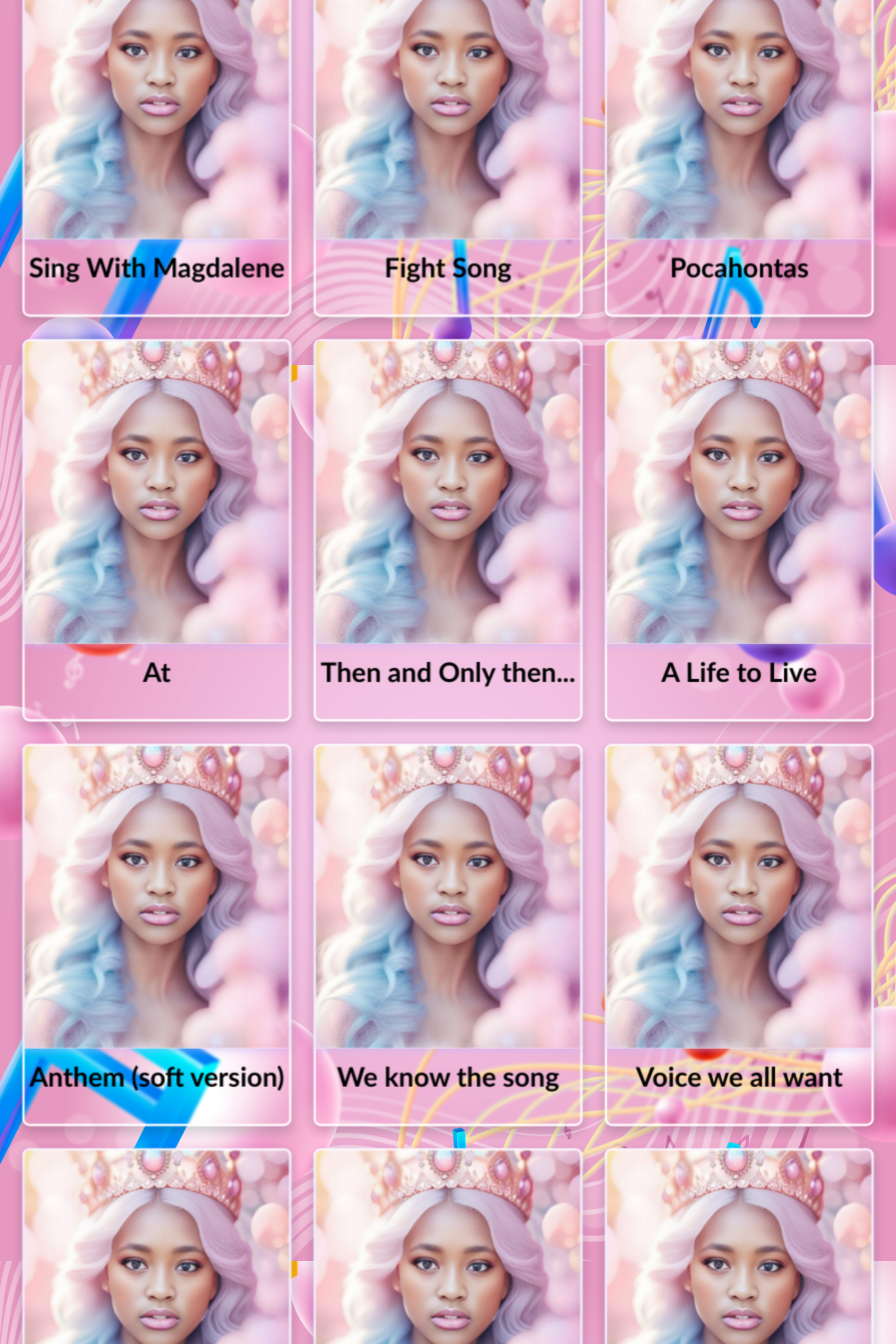
Repository: VladimirGagarin/Meg
Page: /
These files come from the project's save history. The page is drawn as it stood at one moment and after the next save; the edit follows.
The browser window is 1280 px wide. The pictures show the part of the page from y = 2038 to 3958 px (the page is 7189 px tall), at 70% of full size.
Backgrounds fixed to the window are drawn as part of the page. The project was rebuilt for these pictures with package versions that can differ from the ones it lists, and the page was loaded fresh each time. Also part of the build but not shown: vite.config.js, src/components/Controls.jsx, src/pages/SongScreen.css, src/components/lyricsCard.jsx, src/pages/SongScreen.jsx, src/pages/QuoteScreen.css, src/pages/Quotes.jsx, src/pages/Offline.jsx. Imported but missing from the stored project, and not drawn on this page: src/assets/audios/Ember2.mp3, src/assets/audios/Empress.mp3, src/assets/audios/Fiesta.mp3, src/assets/audios/Fight_song.mp3, src/assets/audios/Furaha_Yangu.mp3, src/assets/audios/IamMagdalene.mp3, src/assets/audios/The beginning.mp3, src/assets/audios/anthem.mp3 and 28 more.

Above is the page before, as saved 2025-07-19 11:34:56.

### index.html
<!doctype html>
<html lang="en">
  <head>
    <meta charset="UTF-8" />
    <link rel="icon" type="image/jpeg" href="/quuen.jpeg" />
    <meta name="viewport" content="width=device-width, initial-scale=1.0" />
    <link href="https://fonts.googleapis.com/css2?family=Playfair+Display:wght@500&display=swap" rel="stylesheet">
    <link rel="sitemap" type="application/xml" title="Sitemap" href="/sitemap.xml" />

<!-- Open Graph (Facebook, LinkedIn, etc.) -->
<meta property="og:title" content="Sing with Magdalene" />
<meta property="og:description" content="Sing With Magdalene - A magical, lyrical experience dedicated to Magdalene. Sing, dream, and believe again. She sings. We follow. We cherish. An epic song experience awaits you. starts with anthem: https://vladimirgagarin.github.io/Meg/#/song/anthem_song" />
<meta property="og:image" content="https://vladimirgagarin.github.io/projectMeg/quuen.jpeg" />
<meta property="og:url" content="https://vladimirgagarin.github.io/Meg/" />
<meta property="og:type" content="website" />

<!-- Twitter Card -->
<meta name="twitter:card" content="summary_large_image" />
<meta name="twitter:title" content="Sing with Magdalene" />
<meta name="twitter:description" content="Sing With Magdalene - A magical, lyrical experience dedicated to Magdalene. Sing, dream, and believe again. She sings. We follow. We cherish. An epic song experience awaits you. starts with anthem: https://vladimirgagarin.github.io/Meg/#/song/anthem_song" />
<meta name="twitter:image" content="https://vladimirgagarin.github.io/projectMeg/quuen.jpeg" />


    <title>Sing with Magdalene</title>
    <meta name="description" content="Sing With Magdalene - A magical, lyrical experience dedicated to Magdalene. Sing, dream, and believe again." />
    <meta name="keywords" content="Magdalene, Magdalena, Sing With Magdalena, Sing With Magdalene, SWM, Magdalene Songs, AI music, epic choir experience, lyrical site, poetic songs, spiritual music, cinematic music website, song lyrics site, singwithmagdalene.com, Suno songs, fairy music, Magdalene karaoke, TSFH-inspired music, cinematic pop, Hindi songs, Spanish songs, canciones espirituales, canciones de Magdalena, canciones de fe, canciones en español, भक्ति गीत, हिंदी गाने, Magdalene bhakti, soulful music, angelic vocals, magical ballads, vocal harmonies, female vocal songs, song subtitle site, multilingual music site, soundtrack-inspired songs, Ellie Goulding style, Disney ballads, orchestral AI music, fantasy music site, emotional songs, cinematic lyrics, spiritual anthems, swm, magic, Meg, meg, sing along">
    <meta name="google-site-verification" content="G38wkud9N8EYugqCTvPyHwDP0Vjh_ISp-EBNC8nk90U" />
    <meta name="msvalidate.01" content="771FC552FAC3CA83CF49F6EF57FD68BD" />

    <!-- Google tag (gtag.js) -->
    <script async src="https://www.googletagmanager.com/gtag/js?id=G-6Q2W67HD83"></script>
    <script>
      window.dataLayer = window.dataLayer || [];
      function gtag(){dataLayer.push(arguments);}
      gtag('js', new Date());

      gtag('config', 'G-6Q2W67HD83');
    </script>

  </head>
<script type="application/ld+json">
{
  "@context": "https://schema.org",
  "@type": "MusicRecording",
  "name": "Anthem Song",
  "url": "https://vladimirgagarin.github.io/Meg/#/song/anthem_song",
  "inAlbum": {
    "@type": "MusicAlbum",
    "name": "Sing with Magdalene"
  },
  "byArtist": {
    "@type": "MusicGroup",
    "name": "Magdalene Collective"
  },
  "description": "A cinematic anthem from 'Sing with Magdalene' – uplifting, emotional, and deeply moving.",
  "audio": {
    "@type": "AudioObject",
    "url": "https://vladimirgagarin.github.io/Meg/#/song/anthem_song",
    "encodingFormat": "audio/mpeg"
  },
  "potentialAction": {
    "@type": "ListenAction",
    "target": {
      "@type": "EntryPoint",
      "urlTemplate": "https://vladimirgagarin.github.io/Meg/#/song/anthem_song"
    }
  }
}
</script>


  <body>
    <div id="root"></div>
    <script type="module" src="/src/main.jsx"></script>
  </body>
</html>

### src/main.jsx
import { StrictMode } from "react";
import { createRoot } from "react-dom/client";
import "./index.css";
import App from "./App.jsx";
import HomeScreen from "./pages/HomeScreen.jsx";
import SongScreen from "./pages/SongScreen.jsx";
import QuoteScreen from "./pages/Quotes.jsx";
import OfflinePage from "./pages/Offline.jsx";
import { createHashRouter, RouterProvider } from "react-router-dom";

// ✅ Use createHashRouter (no more 404s on GitHub Pages)
const routes = createHashRouter([
  {
    path: "/",
    element: <App />, // Your main layout with <Outlet />
    children: [
      { index: true, element: <HomeScreen /> },
      { path: "song/:id", element: <SongScreen /> },
      { path: "magdalene_quotes", element: <QuoteScreen /> },
      {path: "offline", element: <OfflinePage/>}
    ],
  },
  {
    path: "*",
    element: <App />, // fallback route
  },
]);

createRoot(document.getElementById("root")).render(
  <StrictMode>
    <RouterProvider router={routes} />
  </StrictMode>
);

### src/index.css
:root {
  font-family: system-ui, Avenir, Helvetica, Arial, sans-serif;
  line-height: 1.5;
  font-weight: 400;

  font-synthesis: none;
  text-rendering: optimizeLegibility;
  -webkit-font-smoothing: antialiased;
  -moz-osx-font-smoothing: grayscale;
}

body {
  margin: 0;
  display: flex;
  place-items: center;
  min-height: 100vh;
  width: 100%;
  font-family: 'Playfair Display', serif;
  padding: 0;

}

### src/pages/HomeScreen.jsx
import React from "react";
import SongCard from "../components/SongCard";
import "./HomeScreen.css";



export default function HomeScreen() {

  return (
    <div className="home-screen">
      <SongCard />
    </div>
  );
}

### src/App.css
#root {
  width: 100%;
  min-height: 100vh;
  background: linear-gradient(to bottom, #f9a8d4, #d6b0f2);
  margin: 0;
  box-sizing: border-box;
  padding: 0;
}

/* App.css */

.fairy-shell {
  min-height: 100vh;
  background: url('/bg.jpg') center center / cover no-repeat fixed;
  display: flex;
  flex-direction: column;
  align-items: center;
  padding: 2rem;
  font-family: "Papyrus", "Cursive", serif;
  color: #5a2a73;

  position: relative;
  overflow-x: hidden;
  width: 95%;
}

.fairy-shell h1 {
  text-shadow: 1px 1px 2px #00000030;
}

.slogan {
  font-family: "Georgia", serif;
  font-style: italic;
  font-size: 1.2rem;
  color: #5a2a73; /* soft pastel or angelic shade */
  text-shadow: 1px 1px 2px #00000030;
  margin-top: -10px;
  margin-bottom: 20px;
  animation: fadeInUp 1s ease-out;
}

.fairy-shell h1 {
  font-size: 2.3rem;
  margin-bottom: 2rem;
  text-align: center;
  color: #683978;
  text-shadow: 1px 1px 5px rgba(255, 255, 255, 0.8);
  position: relative;
  font-family:'Times New Roman', Times, serif;
  font-weight: bolder;
}
.apk-download {
  display: block;
  margin: 10px;
  padding: 10px 20px;
  background-color: #430a4d;
  color: #ffffff;
  text-decoration: none;
  font-weight: bold;
  letter-spacing: 4px;
  border-radius: 5px;
  box-shadow: 10px 10px 15px rgba(0, 0, 0, 0.3);
  transition: background-color 0.3s ease;
}

.apk-download:hover {
  text-decoration: underline;
}

.logo-img {
  animation: fadeIn 1.2s ease-in-out forwards;
  opacity: 0;
}

@keyframes fadeIn {
  to {
    opacity: 1;
  }
}

.links {
  width: 40%;
  display: flex;
  flex-direction: row;
  justify-content: space-between;
  align-items:center;
}

.offline-warning {
  background-color: #ffe4ec; /* soft pink */
  color: #a33a5f; /* muted deep pink text */
  padding: 1rem;
  border: 1px solid #f4c6d8;
  border-radius: 10px;
  font-weight: 500;
  margin: 1rem auto;
  text-align: center;
  max-width: 90%;
  box-shadow: 0 2px 6px rgba(0, 0, 0, 0.1);
}



@media (max-width: 800px) {
  #root {
    padding: 0; /* Add some horizontal padding */
    background: linear-gradient(to bottom, #f9a8d4, #d6b0f2);
  }

  .fairy-shell {
    width: 100%; /* Full width on small screens */
    padding: 0; /* Reduce padding */
    margin: 0;
    font-size: 1rem; /* Adjust base font size if needed */
  }

  .fairy-shell h1 {
    font-size: 1.3rem; /* Smaller heading for mobile */
    margin-bottom: 1.5rem;
    text-align: center;
    color: #683978;
    text-shadow: 1px 1px 4px rgba(255, 255, 255, 0.7);
  }

  .logo-img {
    width: 80%;
    height: auto;
    background:#2d0733a7;
    margin: 20px 0;
    padding: 10px;

  }

  .links {
  width: 100%;
  padding: 0 20px;
  justify-content: center;
}
.apk-download{
  padding: 10px;
  letter-spacing: 2px;
}
}

### src/components/SongCard.jsx

import { songDetails } from "./SongDetails";
import "./SongCard.css";
import LogoImage from "../assets/images/quuen.jpeg";
import DirectorImage from "../assets/images/ror.png";

import { Link } from "react-router-dom";
import { useMemo } from "react";

// Shuffle function
function shuffleArray(array) {
  const arr = [...array];
  for (let i = arr.length - 1; i > 0; i--) {
    const j = Math.floor(Math.random() * (i + 1));
    [arr[i], arr[j]] = [arr[j], arr[i]];
  }
  return arr;
}

export default function SongCard() {
   const shuffledSongs = useMemo(() => {
     const regularSongs = songDetails.filter(
       (song) => song.id !== "director_song"
     );
     const directorSong = songDetails.find(
       (song) => song.id === "director_song"
     );

     const shuffled = shuffleArray(regularSongs);
     if (directorSong) shuffled.push(directorSong);

     return shuffled;
   }, []);

  return (
    <div className="song-card-container">
      {shuffledSongs.map((song) => (
        <Link
          key={song.id} // ✅ Place key here
          to={`/song/${song.id}`}
          aria-label={`Go to ${song.title} song`}
          style={{ textDecoration: "none" }}
        >
          <div className="song-card">
            <div className="image-wrapper">
              <img
                src={song.id === "director_song" ? DirectorImage : LogoImage}
                alt={song.title}
              />
            </div>
            <h3 className="song-title">{song.title}</h3>
          </div>
        </Link>
      ))}
    </div>
  );
}

### src/pages/HomeScreen.css
.home-screen {
    background: transparent;
    min-height: 100vh;
    display: flex;
    flex-direction: column;
    align-items: center;
    width: 100%;
    overflow: hidden;
    padding: 10px 20px;

  }

### src/components/SongDetails.js
import {
  getLifeLyrics,
  beginningLyrics,
  IamMegLyrics,
  fightSongLyrics,
  swmLyrics,
  butterflyLyrics,
  HopeLyrics,
  DreamLyrics,
  DreamLyrics2,
  SimplicityLyrics,
  SingingBirdSongLyrics,
  WeKnowLyrics,
  VoiceLyrics,
  DilMeraLyrics,
  EveStarLyrics,
  RadioSongLyrics,
  LifeDancesLy,
  FYSongLyrics,
  softAnthemLyrics,
  AnthemLyrics,
  PhoenixSongLyrics,
  replayLy,
  etchedLyricsSong,
  whereLyrics,
  FiestaLyrics,
  emberLyrics,
  defenderLyrics,
  RosesOfRomeLyrics,
  ThenLyrics,
  EmpressSongLyrics,
  PocahontasLyrics,
  TakeMeLyrics,
  SomewhereCountryLyrics,
  SomewhereFemLy,
  SomewhereMaleLyrics,
} from "./SongData";
import LifeSong from "../assets/audios/meg.mp3";
import BeginingSong from "../assets/audios/The beginning.mp3";
import IamMagdaleneSong from "../assets/audios/IamMagdalene.mp3";
import FightSong from "../assets/audios/Fight_song.mp3";
import SwmSong from "../assets/audios/swm.mp3";
import ButterflySong from "../assets/audios/butterfly.mp3";
import HopeSong from "../assets/audios/hope.mp3";
import DreamSong from "../assets/audios/dreams.mp3";
import DreamSong2 from "../assets/audios/dream.mp3";
import SimplicitySong from "../assets/audios/simplicity.mp3";
import SingingBirdSong from "../assets/audios/singing_bird.mp3";
import TunaimbaSong from "../assets/audios/tunaimba.mp3";
import VoiceSong from "../assets/audios/voice.mp3";
import DilMeraSong from "../assets/audios/mera.mp3";
import StarSong from "../assets/audios/star.mp3";
import RadioSong from "../assets/audios/radio.mp3";
import LifeDancesSong from "../assets/audios/life_dances.mp3";
import FYSong from "../assets/audios/Furaha_Yangu.mp3";
import SoftAnthemSong from "../assets/audios/soft_anthem.mp3";
import AnthemSong from "../assets/audios/anthem.mp3";
import PhoenixSong from "../assets/audios/phoenix.mp3";
import ReplaySong from "../assets/audios/replay.mp3";
import EtchedSong from "../assets/audios/etched.mp3";
import WhereSong from "../assets/audios/where.mp3";
import FiestaSong from "../assets/audios/Fiesta.mp3";
import EmberSong from "../assets/audios/Ember2.mp3";
import DefenderSong from "../assets/audios/defender.mp3";
import RosesAnthemAudio from "../assets/audios/roses.mp3";
import EmpressSong from "../assets/audios/Empress.mp3";
import ThenSong from "../assets/audios/then.mp3";
import Pocahontasong from "../assets/audios/pocahontas.mp3";
import TakeMesong from "../assets/audios/takeme.mp3";
import SomewhereCountry from "../assets/audios/somewhere.mp3";
import SomewhereFem from "../assets/audios/somewea.mp3"
import SomewhereMale from "../assets/audios/somewea2.mp3";

import Img1 from "../assets/images/belle.jpeg";
import Img2 from "../assets/images/belle2.jpg";
import Img3 from "../assets/images/meg1.jpg";
import Img4 from "../assets/images/meg2.jpg";
import Img5 from "../assets/images/meg3.jpg";
import Img6 from "../assets/images/meg4.jpg";
import Img7 from "../assets/images/meg5.jpg";
import Img8 from "../assets/images/meg6.jpg";
import Img9 from "../assets/images/meg7.jpg";
import Img10 from "../assets/images/meg8.jpg";
import Img12 from "../assets/images/meg10.jpg";
import Img13 from "../assets/images/meg11.jpg";
import Img14 from "../assets/images/meg12.jpg";
import Img15 from "../assets/images/meg13.jpeg";
import Img16 from "../assets/images/meg14.jpeg";
import Img17 from "../assets/images/meg15.jpeg";
import Img18 from "../assets/images/meg19.jpeg";
import Img19 from "../assets/images/meg20.jpeg";
import Img20 from "../assets/images/meg23.jpeg";
import Img21 from "../assets/images/quuen.jpeg";
import Img22 from "../assets/images/meg24.jpeg";
import Img23 from "../assets/images/toon1.jpeg";
import Img24 from "../assets/images/toon2.jpg";
import Img25 from "../assets/images/toon3.jpg";
import Img26 from "../assets/images/toon4.jpg";
import Img27 from "../assets/images/toon1.png";
import Img28 from "../assets/images/toon2.png";
import Img29 from "../assets/images/toon3.png";
import Img30 from "../assets/images/toon4.png";
import Img31 from "../assets/images/toon5.jpg";
import Img32 from "../assets/images/toon5.png";
import Img33 from "../assets/images/toon6.png";
import Img34 from "../assets/images/toon7.png";
import Img35 from "../assets/images/toon8.png";
import Img36 from "../assets/images/toon10.jpg";
import Img37 from "../assets/images/toon11.jpg";
import Img38 from "../assets/images/meg16.jpeg";
import Img39 from "../assets/images/meg17.jpeg";
import Img40 from "../assets/images/meg18.jpeg";
import Img41 from "../assets/images/meg25.jpeg";
import Img42 from "../assets/images/meg27.jpeg";
import Img43 from "../assets/images/meg26.jpeg";
import Img44 from "../assets/images/meg28.jpg";
import Img45 from "../assets/images/meg29.jpeg";
import Img46 from "../assets/images/meg30.jpeg";
import Img47 from "../assets/images/meg31.jpeg";
import Img48 from "../assets/images/meg32.jpeg";
import Img49 from "../assets/images/meg33.jpeg";
import Img50 from "../assets/images/meg34.jpeg";
import Img51 from "../assets/images/meg28.jpeg";
import Img52 from "../assets/images/meg35.jpeg";
import Img53 from "../assets/images/meg36.jpeg";
import Img54 from "../assets/images/meg40.png";
import Img55 from "../assets/images/meg41.png";
import Img56 from "../assets/images/meg42.png";

export const songDetails = [
  {
    id: "Sing_with_magdalene_song",
    title: "Sing With Magdalene",
    audio: SwmSong,
    lyrics: swmLyrics(),
  },
  {
    id: "anthem_song",
    title: "Anthem",
    audio: AnthemSong,
    lyrics: AnthemLyrics(),
  },
  {
    id: "Soft_anthem_song",
    title: "Anthem (soft version)",
    audio: SoftAnthemSong,
    lyrics: softAnthemLyrics(),
  },
  {
    id: "life",
    title: "A Life to Live",
    audio: LifeSong,
    lyrics: getLifeLyrics(),
  },
  {
    id: "beginning",
    title: "The Beginning",
    audio: BeginingSong,
    lyrics: beginningLyrics(),
  },

  {
    id: "iam-magdalene",
    title: "I Am Magdalene",
    audio: IamMagdaleneSong,
    lyrics: IamMegLyrics(),
  },
  {
    id: "fight_song",
    title: "Fight Song",
    audio: FightSong,
    lyrics: fightSongLyrics(),
  },
  {
    id: "butterfly_wings_song",
    title: "Scribbled Sonnet",
    audio: ButterflySong,
    lyrics: butterflyLyrics(),
  },
  {
    id: "hope_song",
    title: "Hope",
    audio: HopeSong,
    lyrics: HopeLyrics(),
  },
  {
    id: "dream_vocal_song",
    title: "Dream (vocal)",
    audio: DreamSong,
    lyrics: DreamLyrics(),
  },
  {
    id: "dream_choral_song",
    title: "Dream",
    audio: DreamSong2,
    lyrics: DreamLyrics2(),
  },
  {
    id: "simplicity_song",
    title: "Simplicity",
    audio: SimplicitySong,
    lyrics: SimplicityLyrics(),
  },
  {
    id: "singing_bird_song",
    title: "Singing Bird",
    audio: SingingBirdSong,
    lyrics: SingingBirdSongLyrics(),
  },
  {
    id: "we_know_song",
    title: "We know the song",
    audio: TunaimbaSong,
    lyrics: WeKnowLyrics(),
  },
  {
    id: "voice_we_all_want_song",
    title: "Voice we all want",
    audio: VoiceSong,
    lyrics: VoiceLyrics(),
  },
  {
    id: "mera_dil_song",
    title: "My heart dances",
    audio: DilMeraSong,
    lyrics: DilMeraLyrics(),
  },
  {
    id: "evening_star_song",
    title: "The evening star",
    audio: StarSong,
    lyrics: EveStarLyrics(),
  },
  {
    id: "radio_song",
    title: "The radio",
    audio: RadioSong,
    lyrics: RadioSongLyrics(),
  },
  {
    id: "life_dances_song",
    title: "Life dances",
    audio: LifeDancesSong,
    lyrics: LifeDancesLy(),
  },
  {
    id: "Furaha_yangu_song",
    title: "Furaha yangu",
    audio: FYSong,
    lyrics: FYSongLyrics(),
  },
  {
    id: "phoenix_song",
    title: "The Phoenix",
    audio: PhoenixSong,
    lyrics: PhoenixSongLyrics(),
  },
  {
    id: "replay_song",
    title: "Replay",
    audio: ReplaySong,
    lyrics: replayLy(),
  },
  {
    id: "etched_song",
    title: "Etched in our hearts",
    audio: EtchedSong,
    lyrics: etchedLyricsSong(),
  },
  {
    id: "where_song_lives",
    title: "Where songs live",
    audio: WhereSong,
    lyrics: whereLyrics(),
  },
  {
    id: "fiesta_song",
    title: "Fiesta",
    audio: FiestaSong,
    lyrics: FiestaLyrics(),
  },
  {
    id: "Ember_song",
    title: "Ember",
    audio: EmberSong,
    lyrics: emberLyrics(),
  },
  {
    id: "defender_song",
    title: "Defender number 5",
    audio: DefenderSong,
    lyrics: defenderLyrics(),
  },
  {
    id: "director_song",
    title: "From The Director",
    audio: RosesAnthemAudio,
    lyrics: RosesOfRomeLyrics(),
  },
  {
    id: "empress_song",
    title: "Empress",
    audio: EmpressSong,
    lyrics: EmpressSongLyrics(),
  },
  {
    id: "then_song",
    title: "Then and Only then...",
    audio: ThenSong,
    lyrics: ThenLyrics(),
  },
  {
    id: "pocahontas_song",
    title: "Pocahontas",
    audio: Pocahontasong,
    lyrics: PocahontasLyrics(),
  },
  {
    id: "take_me_to_your_heart_song",
    title: "To your Heart",
    audio: TakeMesong,
    lyrics: TakeMeLyrics(),
  },
  {
    id: "somewhere_country_song",
    title: "Somewhere (country)",
    audio: SomewhereCountry,
    lyrics: SomewhereCountryLyrics(),
  },
  {
    id: "somewhere_male_song",
    title: "Somewhere (male)",
    audio: SomewhereMale,
    lyrics: SomewhereMaleLyrics(),
  },
  {
    id: "somewhere_female_song",
    title: "Somewhere (female)",
    audio: SomewhereFem,
    lyrics: SomewhereFemLy(),
  },

  {
    id: "at_all_cost_song",
    title: "At ",
    audio: SomewhereFem,
    lyrics: SomewhereFemLy(),
  },
];

export const megImages = [
  Img1,
  Img2,
  Img3,
  Img4,
  Img5,
  Img6,
  Img7,
  Img8,
  Img9,
  Img54,
  Img55,
  Img56,
  Img10,
  Img12,
  Img13,
  Img14,
  Img15,
  Img16,
  Img17,
  Img18,
  Img19,
  Img20,
  Img21,
  Img22,
  Img23,
  Img24,
  Img25,
  Img26,
  Img27,
  Img28,
  Img29,
  Img30,
  Img31,
  Img32,
  Img33,
  Img34,
  Img35,
  Img36,
  Img37,
  Img38,
  Img39,
  Img40,
  Img41,
  Img42,
  Img43,
  Img44,
  Img45,
  Img46,
  Img47,
  Img48,
  Img49,
  Img50,
  Img51,
  Img52,
  Img53,
];

### src/components/SongCard.css
.song-card-container {
    display: grid;
    grid-template-columns: repeat(auto-fit, minmax(300px, 1fr));
    gap: 2rem;
    padding: 2rem;
    width: 100%;
    min-height: 100vh;


  }

  .song-card {
    position: relative;
    border: 2px solid rgba(190, 160, 255, 0.212);
    border-radius: 1.5rem;
    text-align: center;
    box-shadow: 0 8px 16px rgba(22, 19, 30, 0.2);
    transition: transform 0.3s ease;
    height: 75vh;
    padding: 0;
    border-radius: 10px;
    background-color: transparent;
    border: 3px solid rgb(255, 255, 255);
    -webkit-backdrop-filter: blur(2px);
    backdrop-filter: blur(2px);
    transition: all ease 0.3s;
    display: flex;
    flex-direction: column;
    align-items:center;
    justify-content: center;
  }

  .image-wrapper {
    position: absolute;
    top: 0;
    left: 0;
    right: 0;
    width: 100%;
    height: 80%;
    overflow: hidden;
    box-shadow: 0 4px 10px rgba(200, 180, 255, 0.5);
    background: #fff;
    border-top-left-radius: 10px;
    border-top-right-radius: 10px;
  }

  .image-wrapper img {
    width: 100%;
    height: 100%;
    object-fit: cover;
  }

  .song-title {
    font-family:'Trebuchet MS', 'Lucida Sans Unicode', 'Lucida Grande', 'Lucida Sans', Arial, sans-serif;
    color: #000;
    font-size: 2.4rem;
    margin-top: 2rem;
    position: absolute;
    width: 100%;
    bottom:0;
    left: 0;
    right:0;


  }



  @media (max-width: 800px) {
    .song-card-container {

      gap: 1rem;
      padding: 0;
      min-height: 100vh; /* let height adjust naturally */
      width: 100%;
      margin-bottom: 5px;
    }

    .song-card {
      min-height: 75vh; /* reduce height for smaller screens */
      padding: 0;
      border-radius: 2px;
      border: 8px solid #df6ddb87;
      box-shadow: 0 6px 12px rgba(22, 19, 30, 0.6);
    }

    .image-wrapper {

      height: 80%; /* fixed height for images on mobile */
      border-radius: 12px 12px 0 0;
      box-shadow: 0 4px 8px rgba(200, 180, 255, 0.4);
      background: #fff;
      overflow: hidden;
    }

    .image-wrapper img {
      height: 100%;
      width: 100%;
      object-fit: cover;
    }

    .song-title {

      font-size: 1.5rem; /* smaller font */
      margin-top: 1rem;
      color: #000;
      padding: 0 0.5rem;
      text-align: center;

    }
  }

Loaded but not shown: src/components/SongData.js (4997 lines, source omitted); src/App.jsx (93 lines, source omitted)

After the next save:
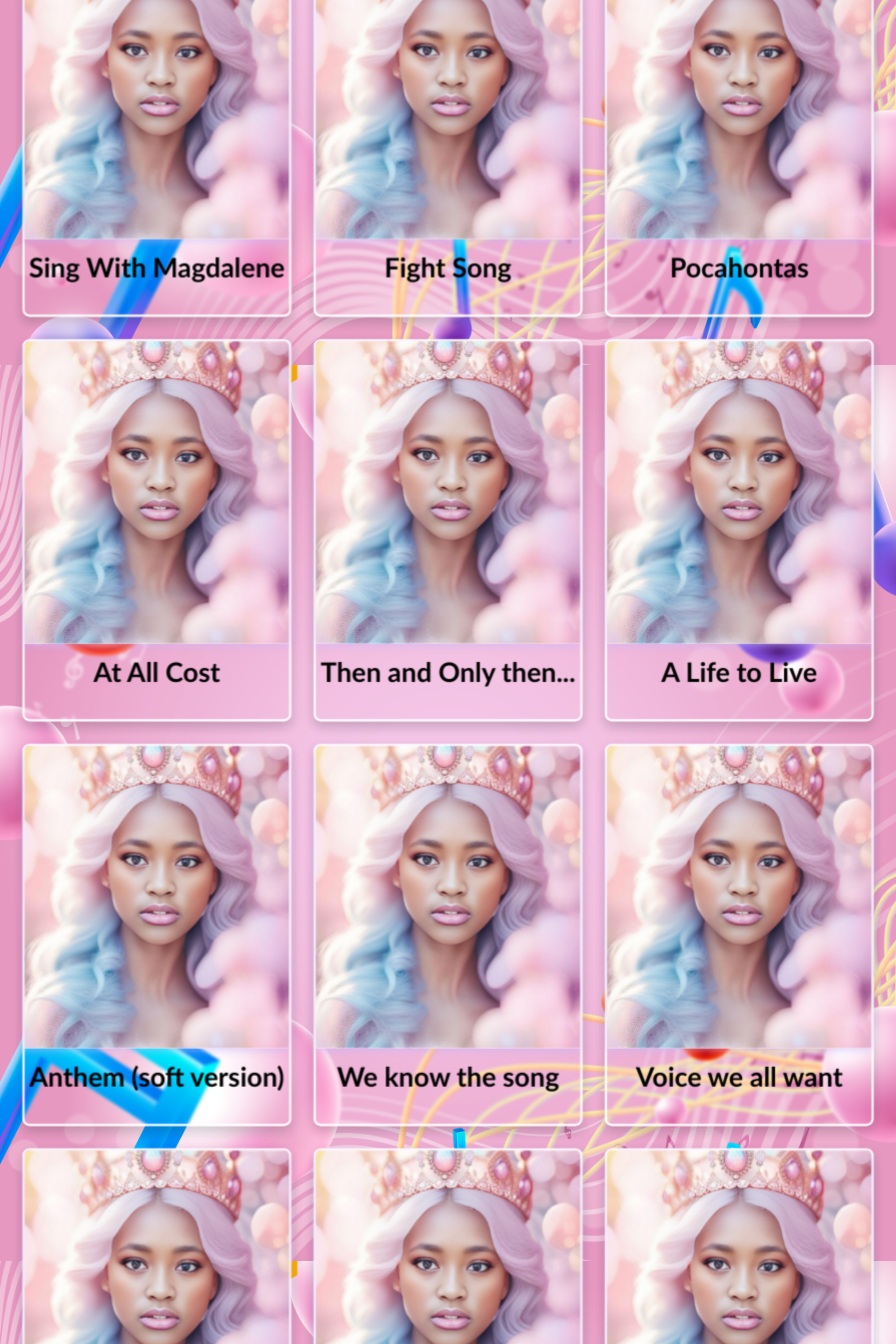
Saved 5 s later.
--- a/src/components/SongDetails.js
+++ b/src/components/SongDetails.js
@@ -342,7 +342,7 @@ export const songDetails = [
 
   {
     id: "at_all_cost_song",
-    title: "At ",
+    title: "At All Cost",
     audio: SomewhereFem,
     lyrics: SomewhereFemLy(),
   },
